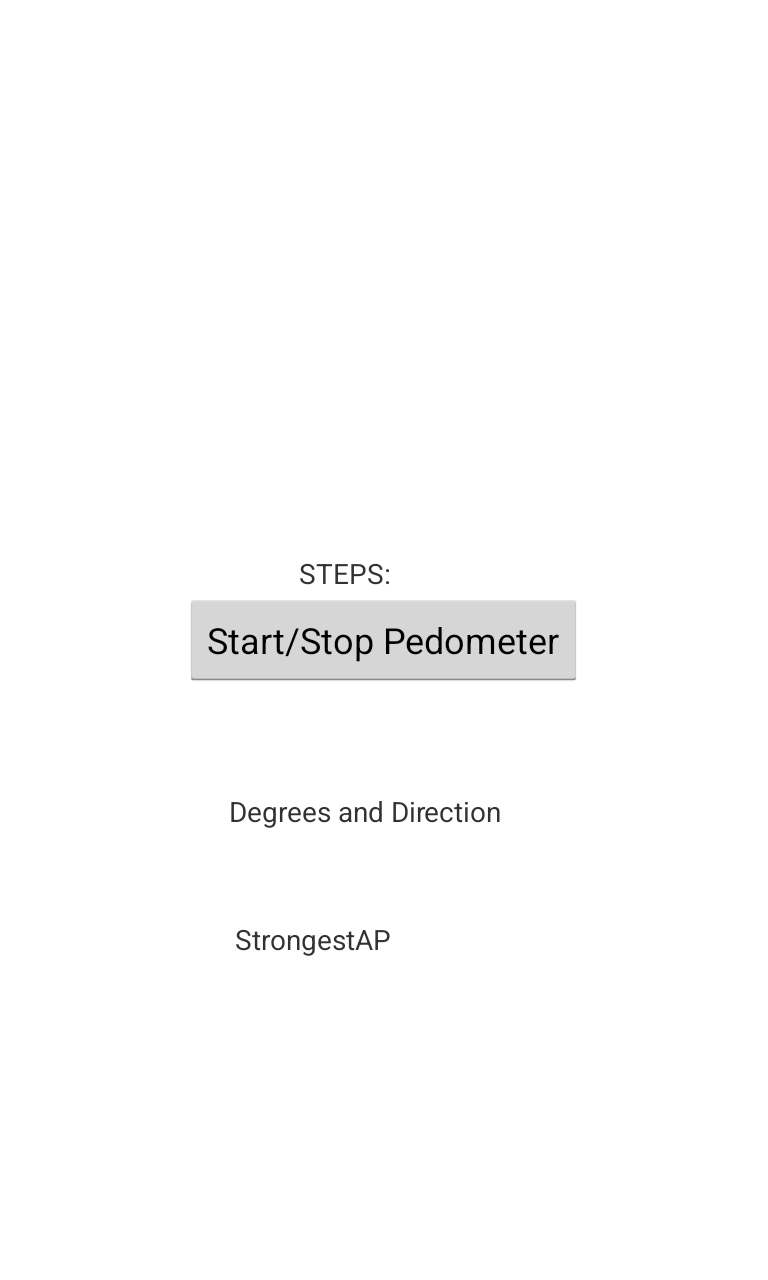
Repository: harrisonyu/Android-Pedometer
Layout: mp1/res/layout/activity_main.xml
These files come from the project's save history. The layout is drawn as it stood at one moment and after the next save; the edit follows.
It is drawn on a 768 x 1280 px phone screen (xhdpi) without system bars, with theme AppTheme; the app's code is not run.

Above is the layout before, as saved 2013-10-19 20:49:45.

After the next save:
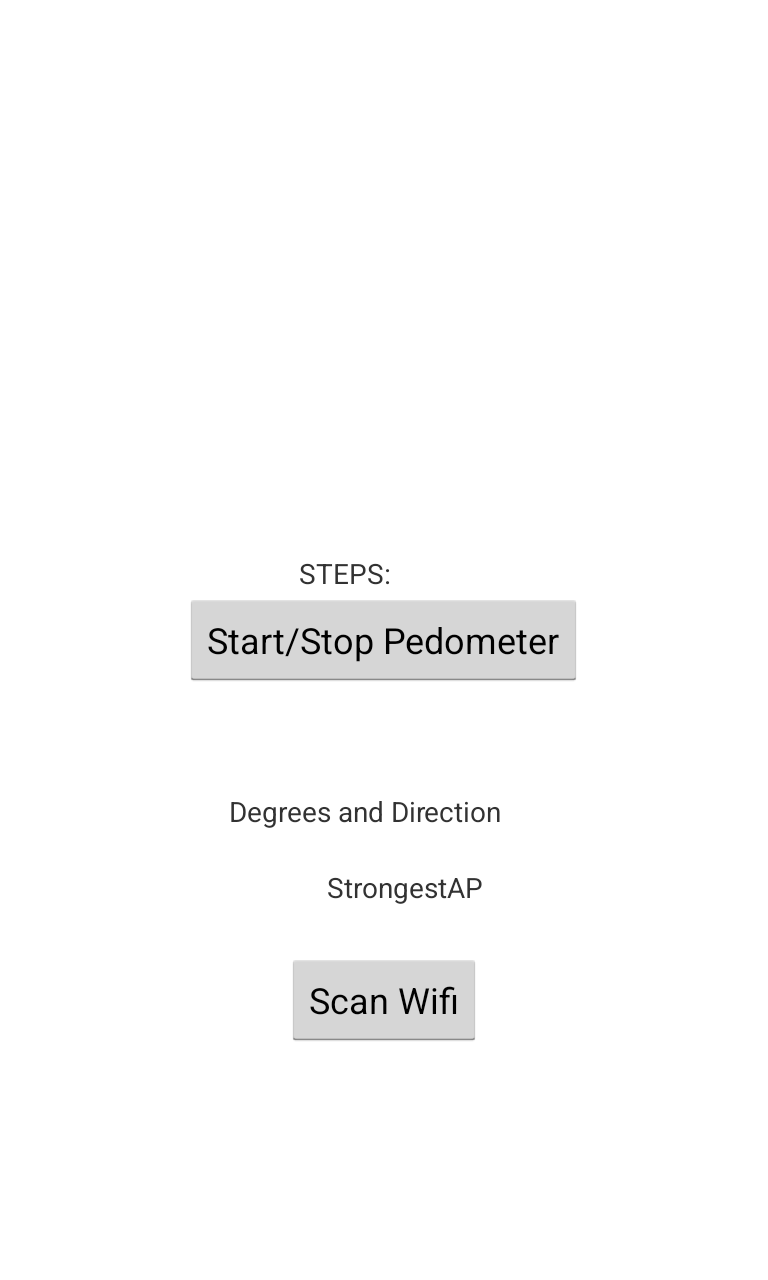
Saved 23 s later.
--- a/mp1/res/layout/activity_main.xml
+++ b/mp1/res/layout/activity_main.xml
@@ -51,9 +51,18 @@
         android:id="@+id/wifi"
         android:layout_width="wrap_content"
         android:layout_height="wrap_content"
-        android:layout_alignRight="@+id/num_steps"
+        android:layout_alignRight="@+id/button2"
         android:layout_below="@+id/direction"
-        android:layout_marginTop="45dp"
+        android:layout_marginTop="19dp"
         android:text="StrongestAP" />
 
+    <Button
+        android:id="@+id/button2"
+        android:layout_width="wrap_content"
+        android:layout_height="wrap_content"
+        android:layout_below="@+id/wifi"
+        android:layout_centerHorizontal="true"
+        android:layout_marginTop="23dp"
+        android:text="Scan Wifi" />
+
 </RelativeLayout>
